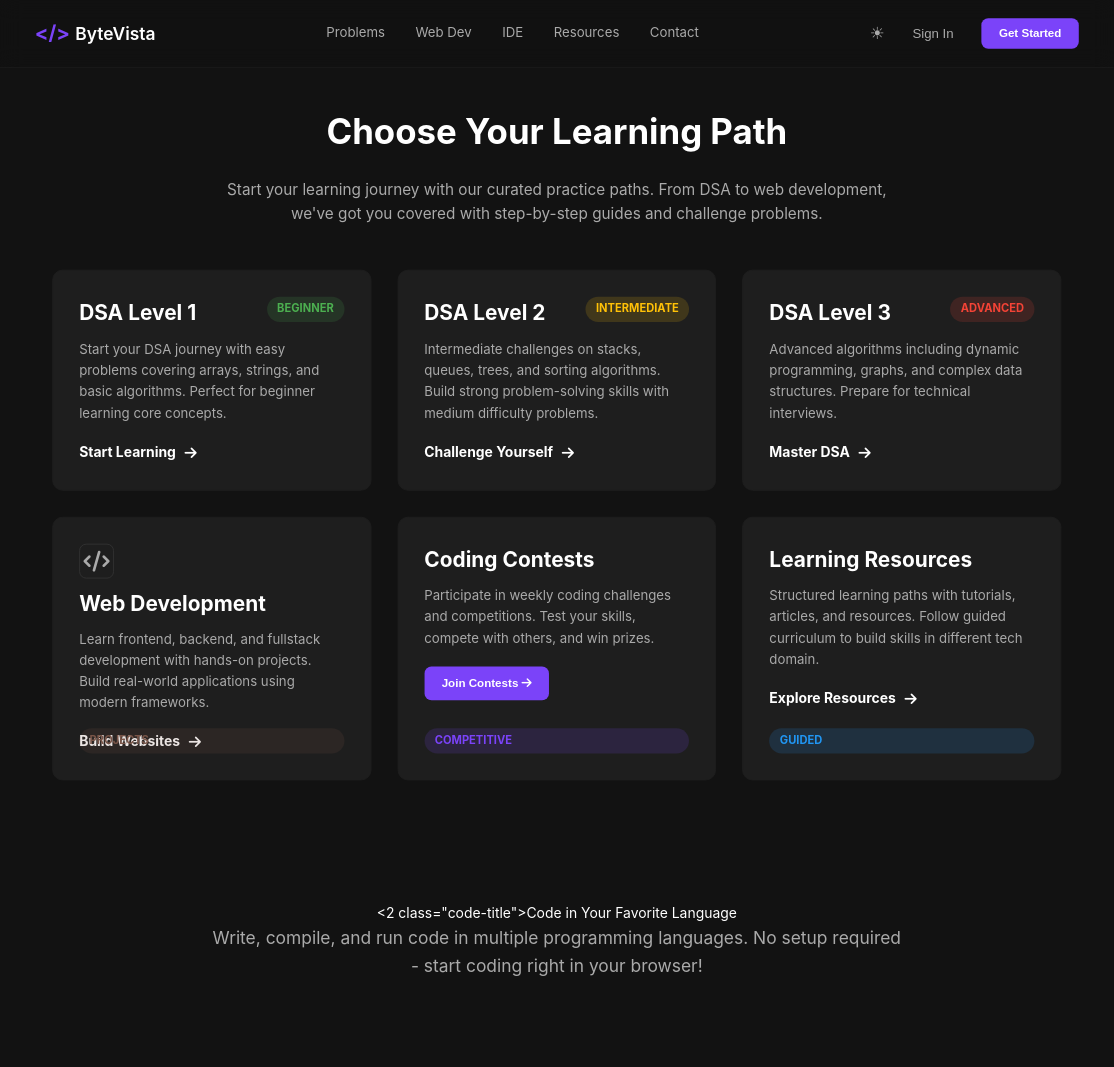
Repository: biswaranjansatapathy2005-lang/ByteVista
Page: frontend/course/course.html
An editor plug-in stored every save of this project. The page is shown before and after the next save, followed by the edit.
The browser window is 1280 px wide. The pictures show the whole page, at 87% of full size.

Above is the page before, as saved 2025-12-13 04:14:01.

### frontend/course/course.html
<!DOCTYPE html>
<html lang="en">
<head>
    <meta charset="UTF-8">
    <meta name="viewport" content="width=device-width, initial-scale=1.0">
    <title>ByteVista-style Course Section</title>
    <link rel="stylesheet" href="course.css">
    <link rel="stylesheet" href="https://cdnjs.cloudflare.com/ajax/libs/font-awesome/6.0.0-beta3/css/all.min.css">
</head>
<body>
    <header class="main-header">
    <a href="#" class="brand-logo">
        <span class="logo-icon">&lt;/&gt;</span>
        <span class="logo-text">ByteVista</span>
    </a>

    <nav class="nav-links">
        <a href="#">Problems</a>
        <a href="#">Web Dev</a>
        <a href="#">IDE</a>
        <a href="#">Resources</a>
        <a href="#">Contact</a>
    </nav>

    <div class="user-actions">
        <button class="theme-toggle" aria-label="Toggle Theme">☀</button>
        <button class="sign-in">Sign In</button>
        <button class="get-started">Get Started</button>
    </div>
</header>

    <script>
    const header = document.querySelector('.main-header');

    window.addEventListener('scroll', () => {
        if (window.scrollY > 10) {
            header.classList.add('scrolled');
        } else {
            header.classList.remove('scrolled');
        }
    });
</script>


    <section class="learning-paths">
        <div class="container">
            <h2 class="section-title">Choose Your Learning Path</h2>
            <p class="section-subtitle">
                Start your learning journey with our curated practice paths. From DSA to web development,
                we've got you covered with step-by-step guides and challenge problems.
            </p>

            <div class="card-grid">
                <a href="#" class="card card-dsa-1">
                    <span class="tag tag-beginner">Beginner</span>
                    <div class="card-content">
                        <h3>DSA Level 1</h3>
                        <p>Start your DSA journey with easy problems covering arrays, strings, and basic algorithms. Perfect for beginner learning core concepts.</p>
                        <div class="card-link">
                            Start Learning <i class="fas fa-arrow-right"></i>
                        </div>
                    </div>
                </a>

                <a href="#" class="card card-dsa-2">
                    <span class="tag tag-intermediate">Intermediate</span>
                    <div class="card-content">
                        <h3>DSA Level 2</h3>
                        <p>Intermediate challenges on stacks, queues, trees, and sorting algorithms. Build strong problem-solving skills with medium difficulty problems.</p>
                        <div class="card-link">
                            Challenge Yourself <i class="fas fa-arrow-right"></i>
                        </div>
                    </div>
                </a>

                <a href="#" class="card card-dsa-3">
                    <span class="tag tag-advanced">Advanced</span>
                    <div class="card-content">
                        <h3>DSA Level 3</h3>
                        <p>Advanced algorithms including dynamic programming, graphs, and complex data structures. Prepare for technical interviews.</p>
                        <div class="card-link">
                            Master DSA <i class="fas fa-arrow-right"></i>
                        </div>
                    </div>
                </a>

                <a href="#" class="card card-web-dev">
                    <span class="icon-indicator"><i class="fas fa-code"></i></span>
                    <span class="tag tag-projects">Projects</span>
                    <div class="card-content">
                        <h3>Web Development</h3>
                        <p>Learn frontend, backend, and fullstack development with hands-on projects. Build real-world applications using modern frameworks.</p>
                        <div class="card-link">
                            Build Websites <i class="fas fa-arrow-right"></i>
                        </div>
                    </div>
                </a>

                <a href="#" class="card card-contests">
                    <span class="tag tag-competitive">Competitive</span>
                    <div class="card-content">
                        <h3>Coding Contests</h3>
                        <p>Participate in weekly coding challenges and competitions. Test your skills, compete with others, and win prizes.</p>
                        <button class="join-btn">Join Contests <i class="fas fa-arrow-right"></i></button>
                    </div>
                </a>

                <a href="#" class="card card-resources">
                    <span class="tag tag-guided">Guided</span>
                    <div class="card-content">
                        <h3>Learning Resources</h3>
                        <p>Structured learning paths with tutorials, articles, and resources. Follow guided curriculum to build skills in different tech domain.</p>
                        <div class="card-link">
                            Explore Resources <i class="fas fa-arrow-right"></i>
                        </div>
                    </div>
                </a>
            </div>
        </div>
    </section>

    <section class="code-section">
        <2 class="code-title">Code in Your Favorite Language</h2>
        <p class="code-subtitle">
            Write, compile, and run code in multiple programming languages. No setup required - start coding right in your browser!
        </p>
    </section>

    <script src="course.js"></script>
</body>
</html>

### frontend/course/course.css
/* Base Styles for Dark Theme */
:root {
    --color-background: #121212;
    --color-card-bg: #1e1e1e;
    --color-text-primary: #ffffff;
    --color-text-secondary: #aaaaaa;
    --color-accent-purple: #7b43f9;
    --color-border-subtle: #333333;
    --color-shadow: rgba(0, 0, 0, 0.4);

    /* Tag Colors */
    --tag-beginner-bg: rgba(76, 175, 80, 0.15);
    --tag-beginner-text: #4caf50;
    --tag-intermediate-bg: rgba(255, 193, 7, 0.15);
    --tag-intermediate-text: #ffc107;
    --tag-advanced-bg: rgba(244, 67, 54, 0.15);
    --tag-advanced-text: #f44336;
    --tag-projects-bg: rgba(121, 85, 72, 0.15);
    --tag-projects-text: #795548;
    --tag-competitive-bg: rgba(123, 67, 249, 0.15);
    --tag-competitive-text: #7b43f9;
    --tag-guided-bg: rgba(33, 150, 243, 0.15);
    --tag-guided-text: #2196f3;
}

* {
    margin: 0;
    padding: 0;
    box-sizing: border-box;
}

body {
    font-family: 'Inter', sans-serif;
    background: var(--color-background);
    color: var(--color-text-primary);
    min-height: 100vh;
    line-height: 1.6;
}

.container {
    max-width: 1200px;
    margin: 0 auto;
    padding: 0 20px;
}

/* ----------------------------------------------------
   GLASS NAVBAR (ByteVista-style)
---------------------------------------------------- */
.main-header {
    position: fixed;
    top: 0;
    left: 0;
    width: 100%;
    z-index: 999;

    display: flex;
    align-items: center;
    justify-content: space-between;

    padding: 20px 40px;

    background: rgba(18, 18, 18, 0.25);
    backdrop-filter: blur(12px);
    -webkit-backdrop-filter: blur(12px);

    border-bottom: 1px solid rgba(255, 255, 255, 0.05);

    transition:
        padding 0.25s ease,
        background 0.25s ease,
        border-color 0.25s ease,
        backdrop-filter 0.3s ease;
}

.main-header.scrolled {
    background: rgba(18, 18, 18, 0.55);
    backdrop-filter: blur(18px);
    -webkit-backdrop-filter: blur(18px);
    padding: 12px 40px;
    border-bottom: 1px solid rgba(255, 255, 255, 0.12);
}

/* Logo */
.brand-logo {
    display: flex;
    align-items: center;
    gap: 6px;
    text-decoration: none;
}

.logo-icon {
    font-size: 1.45rem;
    font-weight: 700;
    color: var(--color-accent-purple);
}

.logo-text {
    font-size: 1.25rem;
    font-weight: 600;
    color: var(--color-text-primary);
}

/* Nav Links */
.nav-links {
    display: flex;
    gap: 35px;
}

.nav-links a {
    text-decoration: none;
    color: var(--color-text-secondary);
    font-size: 0.95rem;
    transition: color 0.25s ease;
}

.nav-links a:hover {
    color: #ffffff;
}

/* Right Side Buttons */
.user-actions {
    display: flex;
    align-items: center;
    gap: 18px;
}

.theme-toggle {
    background: none;
    border: none;
    color: var(--color-text-secondary);
    font-size: 1.2rem;
    cursor: pointer;
}

.sign-in {
    background: none;
    border: none;
    color: var(--color-text-secondary);
    font-size: 0.95rem;
    cursor: pointer;
    padding: 8px 14px;
}

.get-started {
    background: var(--color-accent-purple);
    color: #fff;
    border: none;
    border-radius: 8px;
    padding: 10px 20px;
    cursor: pointer;
    font-weight: 600;
    transition: 0.25s ease;
}

.get-started:hover {
    background: #9c6eff;
}

/* ----------------------------------------------------
   Section Title
---------------------------------------------------- */
.learning-paths {
    padding: 120px 0 60px; /* Add space because navbar is fixed */
}

.section-title {
    text-align: center;
    font-size: 2.5rem;
    margin-bottom: 20px;
}

.section-subtitle {
    text-align: center;
    color: var(--color-text-secondary);
    max-width: 800px;
    margin: 0 auto 50px;
    font-size: 1.1rem;
}

/* ----------------------------------------------------
   CARD GRID
---------------------------------------------------- */
.card-grid {
    display: grid;
    grid-template-columns: repeat(3, 1fr);
    gap: 30px;
}

/* Card */
.card {
    display: block;
    text-decoration: none;
    background: var(--color-card-bg);
    border-radius: 12px;
    padding: 30px;
    color: var(--color-text-primary);
    position: relative;

    border: 1px solid var(--color-card-bg);
    transition: transform 0.3s ease, box-shadow 0.3s ease, border-color 0.3s ease;
}

.card:hover {
    transform: translateY(-5px);
    box-shadow: 0 15px 30px var(--color-shadow);
    border-color: var(--color-accent-purple);
}

.card h3 {
    font-size: 1.5rem;
    margin-bottom: 10px;
}

.card p {
    color: var(--color-text-secondary);
    margin-bottom: 20px;
    font-size: 0.95rem;
}

/* Tags */
.tag {
    position: absolute;
    top: 30px;
    right: 30px;
    padding: 4px 12px;
    font-size: 0.8rem;
    font-weight: bold;
    border-radius: 18px;
    text-transform: uppercase;
}

/* Levels */
.tag-beginner { background: var(--tag-beginner-bg); color: var(--tag-beginner-text); }
.tag-intermediate { background: var(--tag-intermediate-bg); color: var(--tag-intermediate-text); }
.tag-advanced { background: var(--tag-advanced-bg); color: var(--tag-advanced-text); }

/* Left-aligned tags */
.tag-projects, .tag-competitive, .tag-guided {
    left: 30px;
    bottom: 30px;
    top: auto;
    padding: 4px 12px;
}

.tag-projects { background: var(--tag-projects-bg); color: var(--tag-projects-text); }
.tag-competitive { background: var(--tag-competitive-bg); color: var(--tag-competitive-text); }
.tag-guided { background: var(--tag-guided-bg); color: var(--tag-guided-text); }

/* Card link */
.card-link {
    color: var(--color-text-primary);
    font-weight: bold;
    display: flex;
    align-items: center;
    gap: 10px;
    transition: 0.3s;
}

.card:hover .card-link { color: var(--color-accent-purple); }

.card-link i { transition: transform 0.3s; }

.card:hover .card-link i { transform: translateX(5px); }

/* Web Dev Icon */
.icon-indicator {
    position: absolute;
    top: 30px;
    left: 30px;
    width: 40px;
    height: 40px;

    font-size: 1.5rem;
    color: var(--color-text-secondary);

    border: 1px solid var(--color-border-subtle);
    border-radius: 8px;

    display: flex;
    align-items: center;
    justify-content: center;

    transition: 0.3s;
}

.card-web-dev:hover .icon-indicator {
    border-color: var(--color-accent-purple);
    color: var(--color-accent-purple);
}

.card-web-dev .card-content { margin-top: 50px; }

/* Contests Button */
.join-btn {
    background: var(--color-accent-purple);
    color: #fff;
    border: none;
    padding: 12px 20px;
    border-radius: 8px;
    cursor: pointer;
    font-weight: bold;
    transition: 0.3s ease;
}

.join-btn:hover {
    background: #9c6eff;
    transform: scale(1.02);
}

/* Code Section */
.code-section {
    text-align: center;
    padding: 80px 0 100px;
}

.code-title {
    font-size: 3rem;
    margin-bottom: 15px;
    background: linear-gradient(90deg, #7b43f9, #a06eff);
    background-clip: text;
    -webkit-text-fill-color: transparent;
}

.code-subtitle {
    font-size: 1.25rem;
    color: var(--color-text-secondary);
    max-width: 800px;
    margin: 0 auto;
}

### frontend/course/course.js
document.addEventListener('DOMContentLoaded', () => {
    const cards = document.querySelectorAll('.card');

    cards.forEach(card => {
        card.addEventListener('mousemove', handleMouseMove);
        card.addEventListener('mouseleave', handleMouseLeave);
    });
    // GLASS NAVBAR SCROLL EFFECT
const header = document.querySelector('.main-header');

window.addEventListener('scroll', () => {
    if (window.scrollY > 10) {
        header.classList.add('scrolled');
    } else {
        header.classList.remove('scrolled');
    }
});

    /**
     * Calculates and applies a subtle 3D tilt effect on mouse movement.
     * @param {MouseEvent} e - The mouse event object.
     */
    function handleMouseMove(e) {
        const card = e.currentTarget;
        const rect = card.getBoundingClientRect();

        // Get coordinates relative to the center of the card
        const x = e.clientX - rect.left - rect.width / 2;
        const y = e.clientY - rect.top - rect.height / 2;

        // Calculate rotation angles
        // The max tilt is set to 5 degrees for a subtle effect
        const rotateX = (-1 * (y / rect.height) * 5).toFixed(2);
        const rotateY = ((x / rect.width) * 5).toFixed(2);

        // Apply transform. The 'translateZ' makes it feel like it's lifting forward.
        card.style.transition = 'none'; // Disable transition for smooth real-time tilt
        card.style.transform = `perspective(1000px) rotateX(${rotateX}deg) rotateY(${rotateY}deg) scale(1.01)`;

        // Optional: Add a subtle inner shadow/glow based on position
        const shadowX = (x / rect.width) * 30;
        const shadowY = (y / rect.height) * 30;
        card.style.boxShadow = `
            ${-shadowX}px ${-shadowY}px 50px rgba(123, 67, 249, 0.3),
            0 15px 30px var(--color-shadow)
        `;
    }

    /**
     * Resets the card transform when the mouse leaves.
     * @param {MouseEvent} e - The mouse event object.
     */
    function handleMouseLeave(e) {
        const card = e.currentTarget;

        // Re-enable transition for smooth reset
        card.style.transition = 'transform 0.5s ease, box-shadow 0.5s ease, border-color 0.3s ease';

        // Reset transform and box-shadow to the initial CSS state
        card.style.transform = 'perspective(1000px) rotateX(0deg) rotateY(0deg) scale(1)';
        card.style.boxShadow = `0 15px 30px var(--color-shadow)`;
    }
});

After the next save:
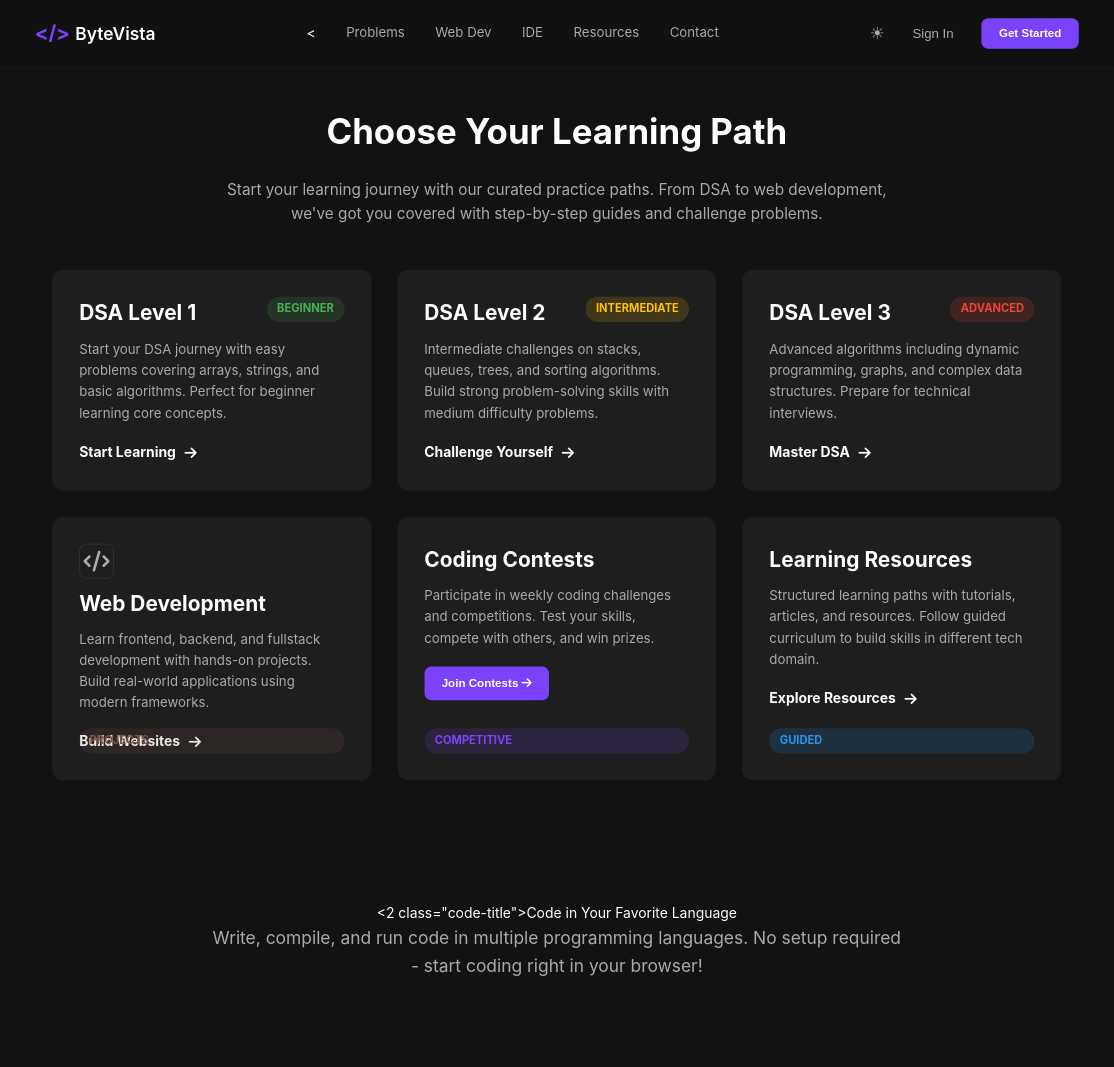
Saved 4 s later.
--- a/frontend/course/course.html
+++ b/frontend/course/course.html
@@ -15,7 +15,7 @@
     </a>
 
     <nav class="nav-links">
-        <a href="#">Problems</a>
+       < <a href="#">Problems</a>
         <a href="#">Web Dev</a>
         <a href="#">IDE</a>
         <a href="#">Resources</a>
